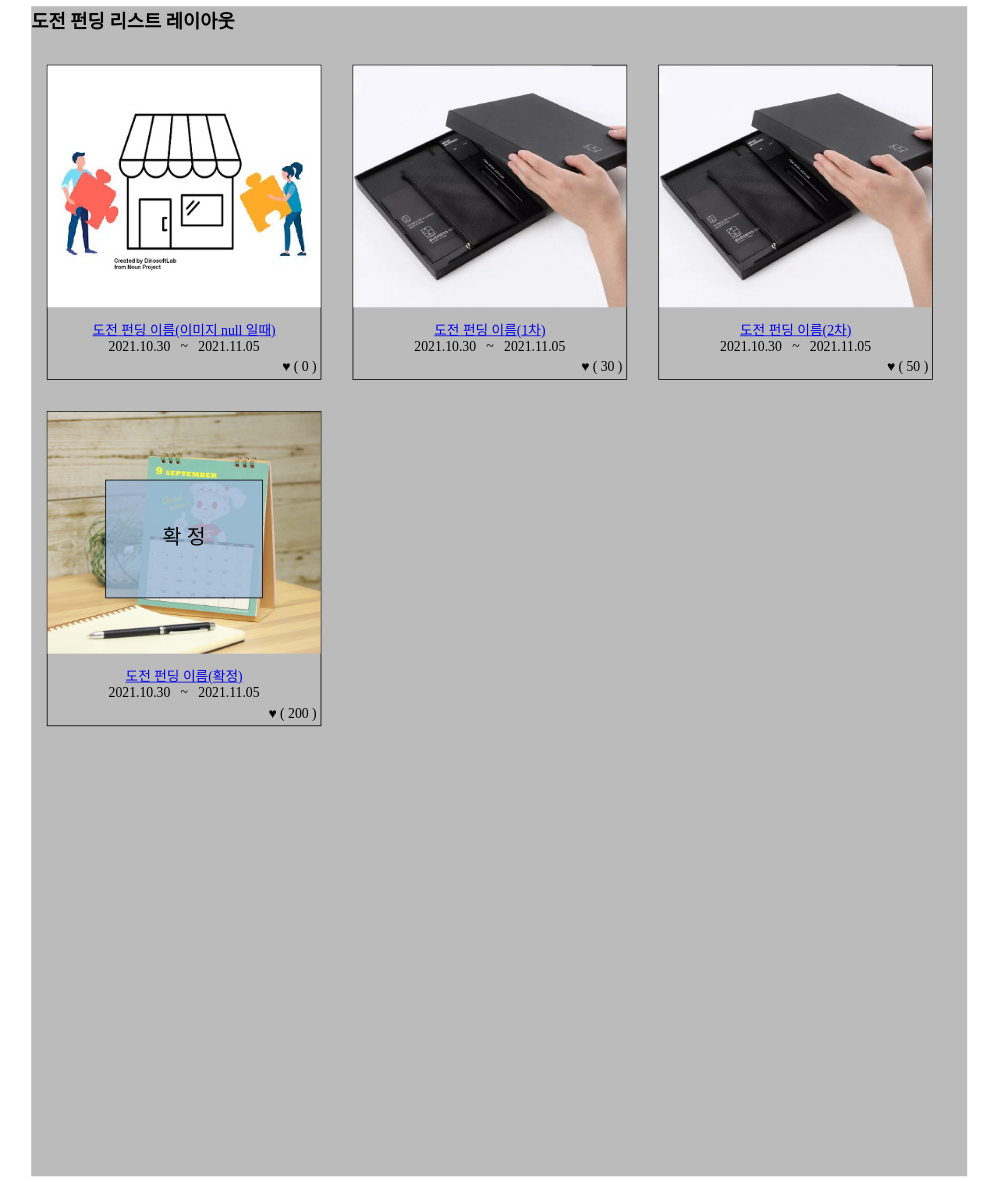
Repository: GroundPark/team6
Page: http://localhost/lefthand/page/product/chal_funding_list.jsp
The author's editor kept a copy of each file at every save. The page is drawn from the files as they stood at one save, then again after the next save.
The browser window is 1280 px wide. The pictures show the whole page, at 78% of full size.
The page is served by Tomcat 9.

Above is the page before, as saved 2021-11-20 18:07:17.

After the next save:
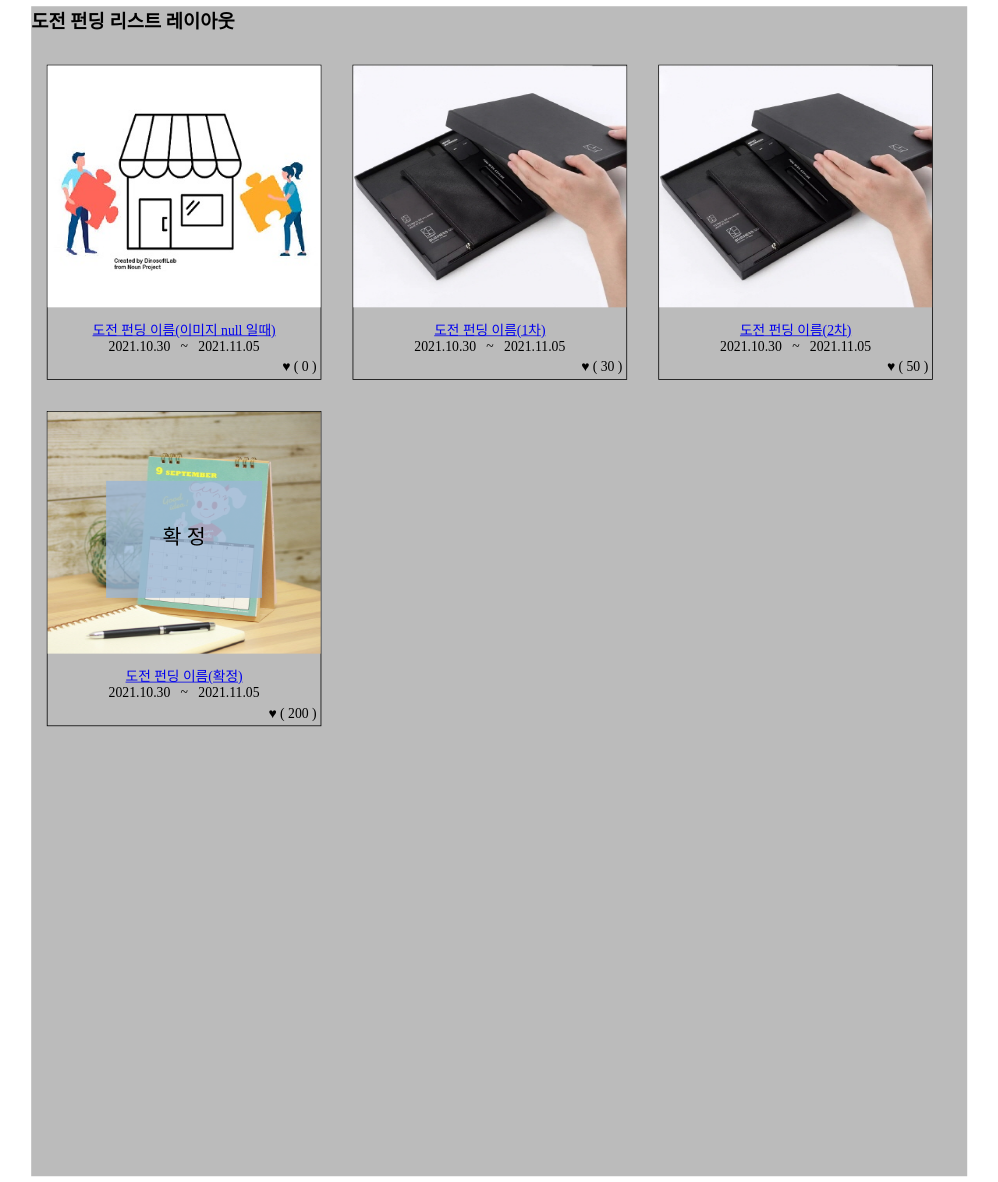
Saved 33 s later.
--- a/lefthand/WebContent/page/product/chal_funding_list.jsp
+++ b/lefthand/WebContent/page/product/chal_funding_list.jsp
@@ -21,7 +21,6 @@
 	transform:translate(-50%, -75%);
 	width:100px; height:50px; background-color:rgba(155, 183, 214, 0.8);
 	z-index: 1;
-	border:1px black solid;
 	text-align:center;
 	font-size:1.5em;
 	padding:50px;
